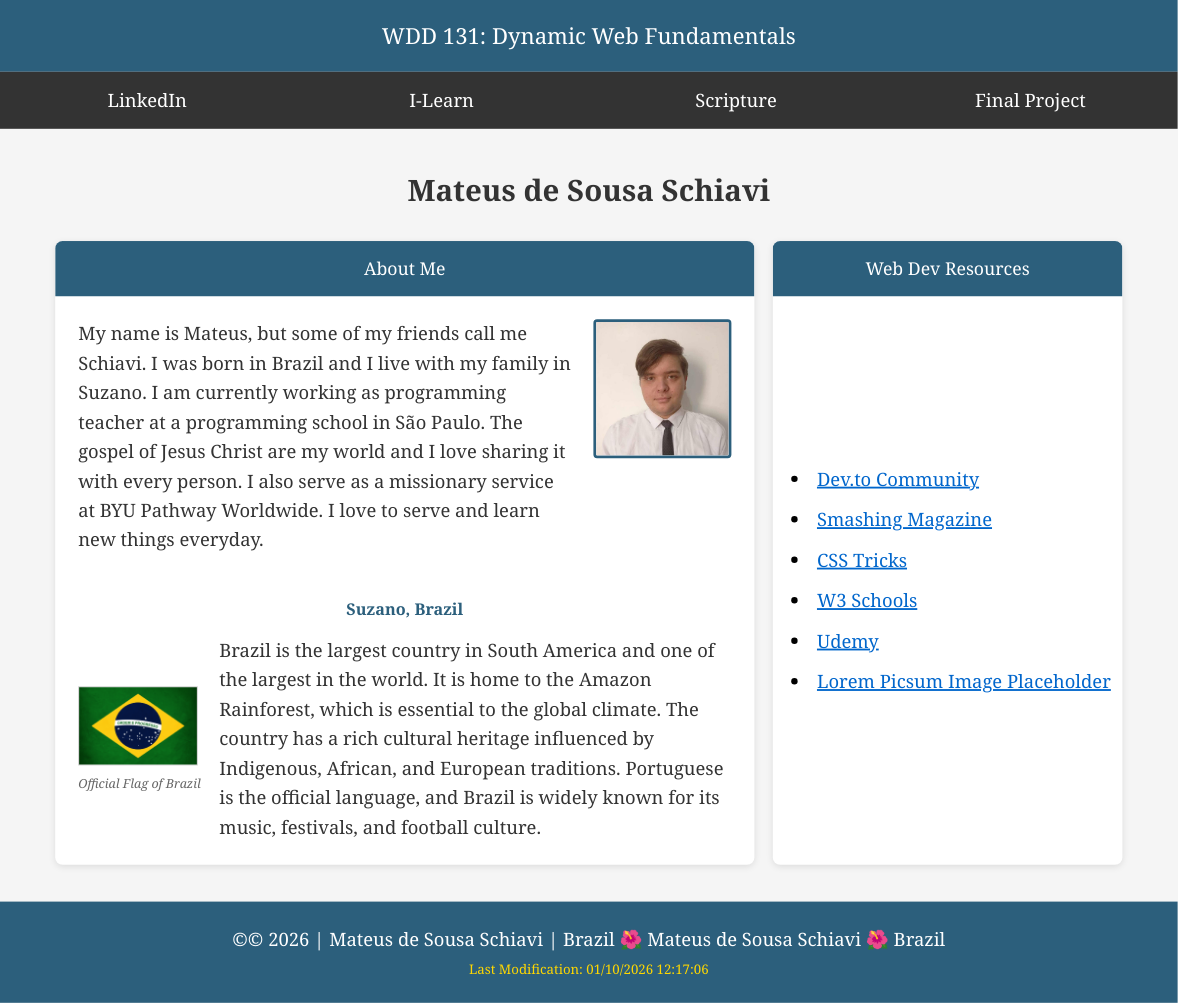
Repository: mateus-schiavi/wdd131
Page: index.html
An editor plug-in stored every save of this project. The page is shown before and after the next save, followed by the edit.
The browser window is 1280 px wide. The pictures show the whole page, at 92% of full size.
Some web fonts or font styles are not loaded; a fallback is used.

Above is the page before, as saved 2026-01-10 17:59:51.

After the next save:
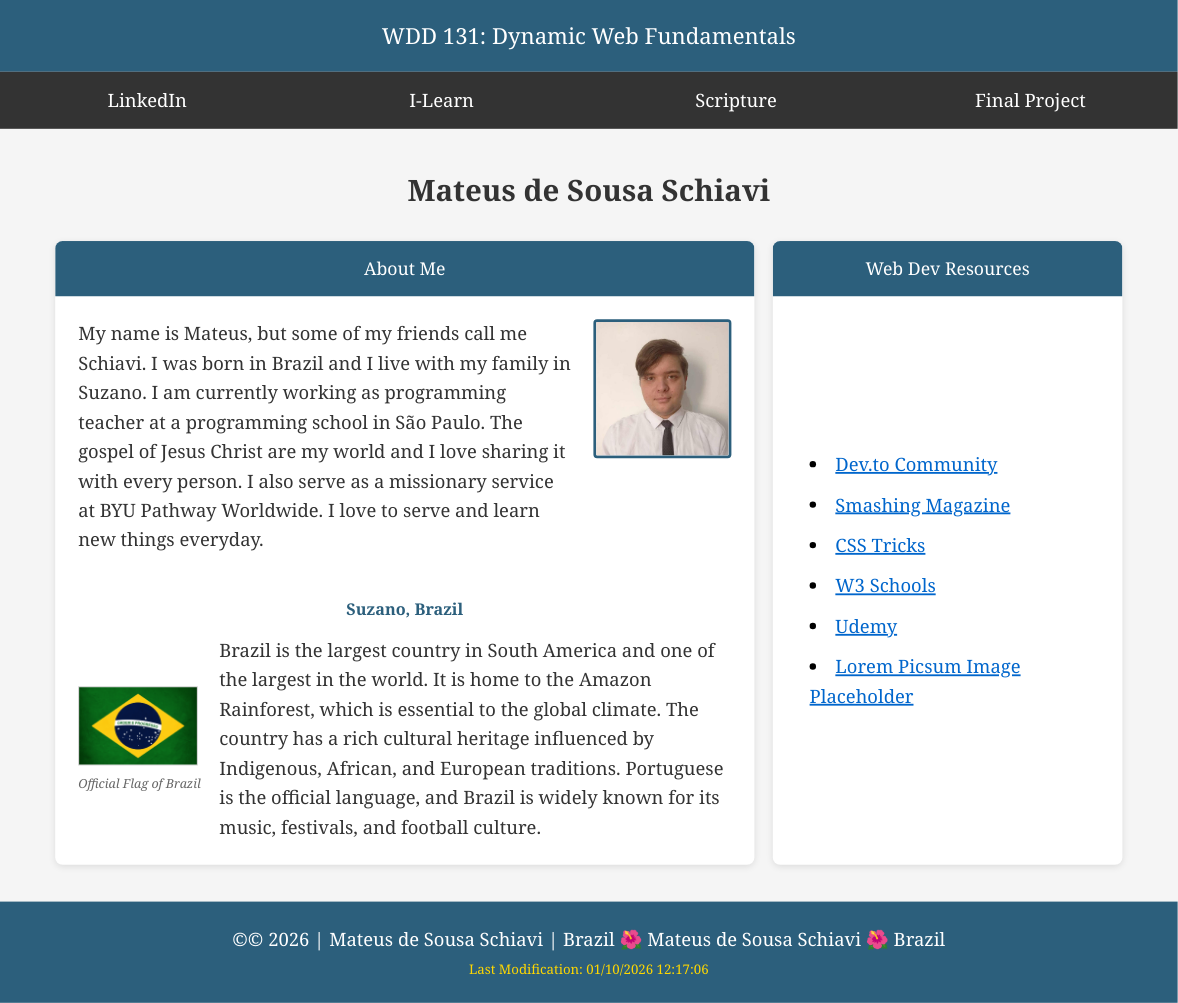
Saved 5 s later.
--- a/styles/base.css
+++ b/styles/base.css
@@ -163,7 +163,7 @@ main > h2 {
 }
 
 .resources-card ul {
-    padding-left: 20px;
+    padding-left: 40px;
     list-style-position: inside;
     display: flex;
     flex-direction: column;
